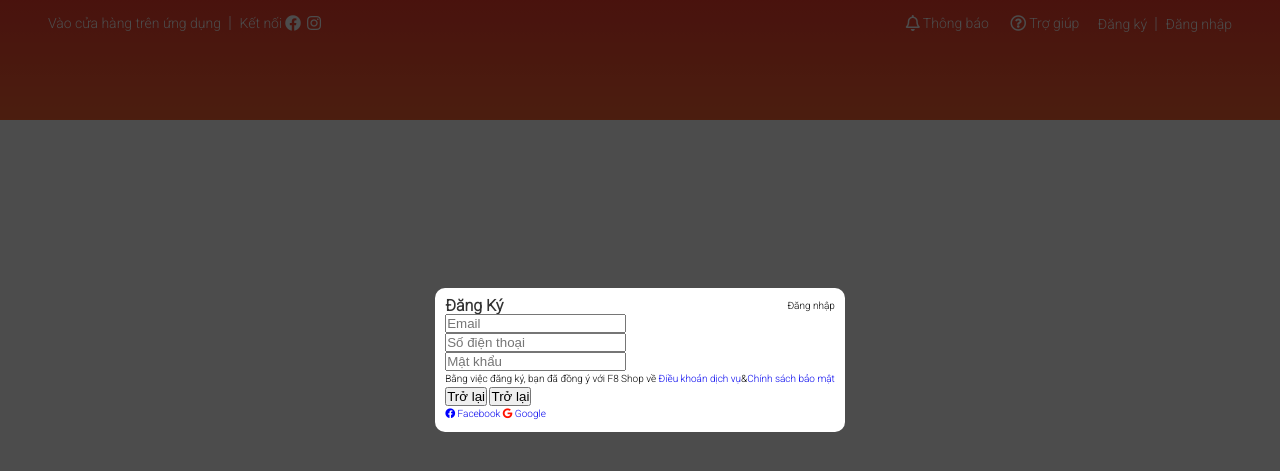
Repository: kebinh1235/Shopee-Demo
Page: index.html
The author's editor kept a copy of each file at every save. The page is drawn from the files as they stood at one save, then again after the next save.
The browser window is 1280 px wide. The pictures show the whole page.

Above is the page before, as saved 2021-10-01 22:17:11.

After the next save:
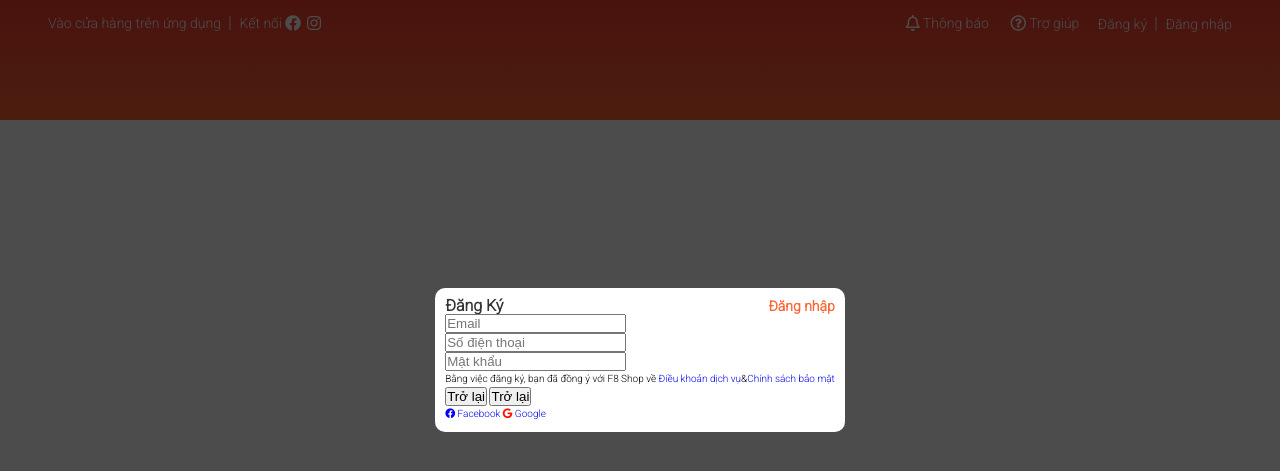
Saved 16 s later.
--- a/asset/css/main.css
+++ b/asset/css/main.css
@@ -237,7 +237,9 @@
   font-weight: bold;
 }
 .authb__form-btn-switch{
-
+  font-size: 1.4rem;
+  color: var(--primary-color);
+  font-weight: bold;
 }
 .auth__form-form{
 
